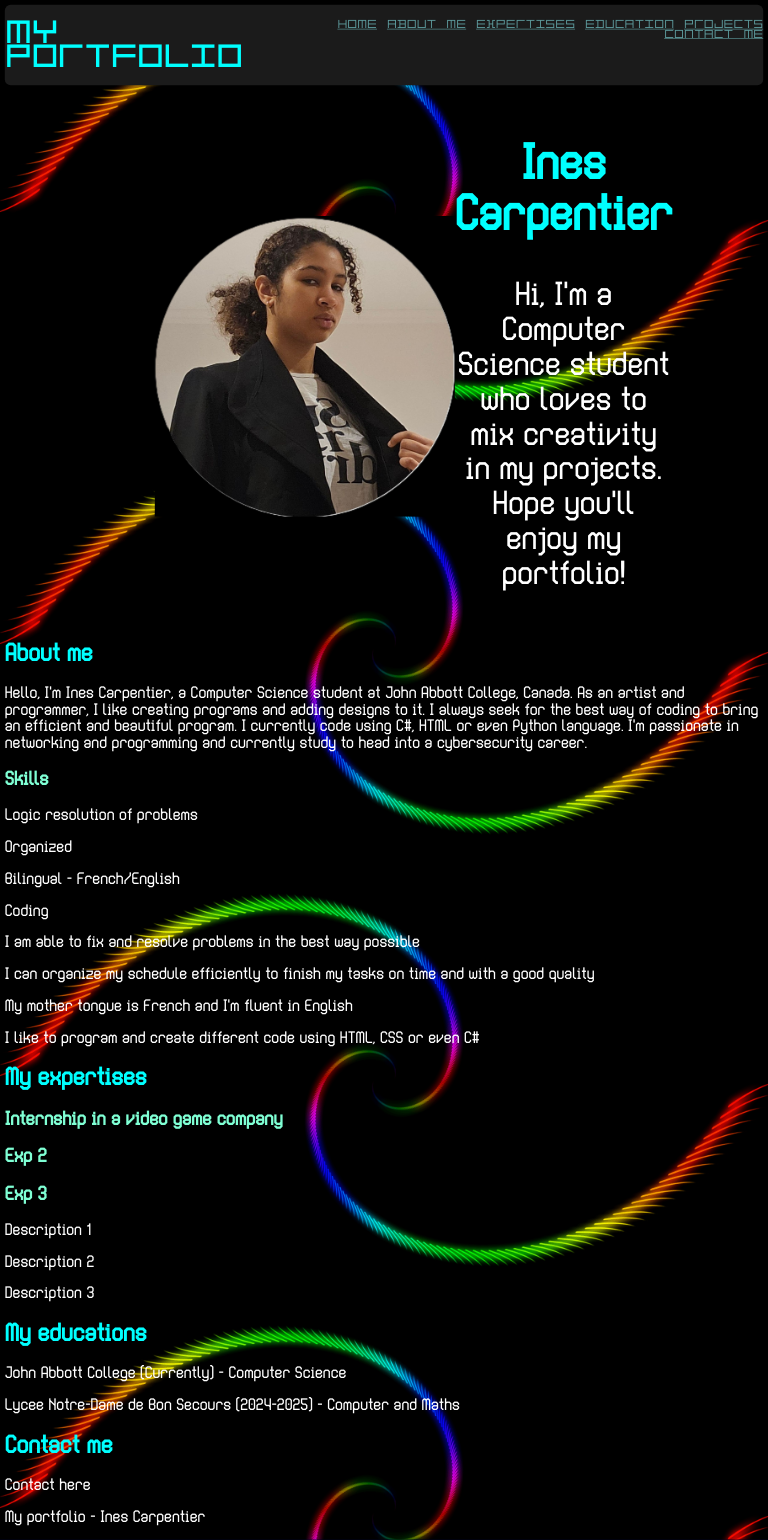
Repository: InsCarp/InsCarp
Page: index.html
The author's editor kept a copy of each file at every save. The page is drawn from the files as they stood at one save, then again after the next save.
The browser window is 1280 px wide. The pictures show the whole page, at 60% of full size.
Backgrounds fixed to the window are drawn as part of the page.

Above is the page before, as saved 2026-05-06 10:38:36.

### index.html
<!DOCTYPE html>
<html lang="en">
<head>
    <meta charset="UTF-8">
    <meta name="viewport" content="width=device-width, initial-scale=1.0">
    <link rel="icon" href="/assets/images/Logo.svg" type="image/svg" />
    <link rel="stylesheet" href="/styles/globals.css" type="text/css"/>
    <link rel="stylesheet" href="/styles/index.css" type="text/css"/>

    <title>Portfolio - Ines Carpentier</title>
</head>
<header>
    <h1 id="Title">My portfolio</h1>
    <nav>
        <a href="index.html">Home</a>
        <a href="#About">About me</a>
        <a href="#Expertises">Expertises</a>
        <a href="#Education">Education</a>
        <a href="project.html">Projects</a> <!--Put my project page here-->
        <a href="#Contact">Contact me</a>
    </nav>
</header>
<body>
    <div class="Intro">
        <article>
            <img
               src="/assets/images/me.jpg"
                    srcset="
                    /assets/images/me.jpg   400w,
                    /assets/images/me.jpg   800w,
                    /assets/images/me.jpg 1200w
                    "
                    sizes="100vw"
                    alt="Me in a circle"
                    id="Me"
            />
        </article>
        <article id="intro">
            <h2>Ines Carpentier</h2>
            <p>Hi, I'm a Computer Science student who loves to mix creativity in my projects.
                Hope you'll enjoy my portfolio!</p>
        </article>
    </div>
    <div class="About">
        <h2 id="About">About me</h2>
        <p>Hello, I'm Ines Carpentier, a Computer Science student at John Abbott College, Canada. As an artist and programmer, I like creating programs and adding designs to it. I always seek for the
             best way of coding to bring an efficient and beautiful program. I currently code using C#, HTML or even Python language. I'm passionate in networking and programming and currently study to head into a cybersecurity career.</p>
        <h3>Skills</h3>
        <article>
            <p>Logic resolution of problems</p>
            <p>Organized</p>
            <p>Bilingual - French/English</p>
            <p>Coding</p>
        </article>
        <article>
            <p>I am able to fix and resolve problems in the best way possible</p>
            <p>I can organize my schedule efficiently to finish my tasks on time and with a good quality</p>
            <p>My mother tongue is French and I'm fluent in English</p>
            <P>I like to program and create different code using HTML, CSS or even C#</P>
        </article>
    </div>
    <div class="Exp">
        <h2 id="Expertises">My expertises</h2>
        <article>
            <h3>Internship in a video game company</h3>
            <h3>Exp 2</h3>
            <h3>Exp 3</h3>
        </article>
        <article>
            <p>Description 1</p>
            <p>Description 2</p>
            <p>Description 3</p>
        </article>
    </div>
    <div class="Education">
        <h2 id="Education">My educations</h2>
        <p>John Abbott College (Currently) - Computer Science
        </p>
        <p>Lycee Notre-Dame de Bon Secours (2024-2025) - Computer and Maths</p>
    </div>
    <div class="Contact">
        <h2 id="Contact">Contact me</h2>
        <p>Contact here</p>
    </div>
</body>
<footer>
    <p>My portfolio - Ines Carpentier</p>
</footer>
</html>

### styles/globals.css
@font-face {
    font-family: Title;
    src: url(/assets/fonts/Y224-2vdae.ttf);
}
@font-face {
    font-family: Portfolio;
    src: url(/assets/fonts/Eightgon-OGn6p.ttf);
}

html{
    font-size:25px;
}

a {
    color:cadetblue;
}

a:visited{
    color:aquamarine;
}
a:hover{
    color:greenyellow;
}
a:active{
    color:yellow;
}

body{
    background-color:rgb(0, 2, 36);
    color:rgb(255, 255, 255);
    background-image: url(../assets/images/back.gif);
    background-size: cover;
    background-repeat: no-repeat;
    background-attachment: fixed;
    font-family: Portfolio;
}




h1, h2{
    color:aqua;

}

h3{
    color:aquamarine;
}


header {

    display: flex;

    flex-direction: row;
    font-family: Title;
    justify-content: space-between;
    background-color:rgb(27, 27, 27);
    border-radius: 10px;
    font-size:0.8rem;


}
nav{
    display:none;
}


@media only screen and (min-width: 800px){
    header {
    display: flex;
    flex-direction: row;
    font-family: Title;
    justify-content: space-between;

}
nav{
    text-align:right;
    display:initial;
    font-size:0.4rem;
    margin-top:8%;


}
}

@media only screen and (min-width: 1200px){
    header {
    display: flex;
    flex-direction: row;
    font-family: Title;
    justify-content: space-between;



}
nav{
    text-align:right;
    display:initial;
    font-size:0.6rem;
    margin-top:2%;



}
}

### styles/index.css
.Intro{
    margin-top: 1rem;
    display:flex;
    flex-direction: column;
    align-items: center;
}

#intro{

    text-align: center;
    font-size:2rem;

}

#Me{
    margin-top: 1rem;
    margin-left:2rem;
    width:20rem;
}


@media only screen and (min-width: 800px){
    .Intro{
    margin-top: 1rem;
    display:flex;
    flex-direction: row;
    justify-content: space-between;
}

#intro{

    text-align: center;
    font-size:2rem;
    width: 20rem;
    margin-right: 10rem;
}

#Me{
    margin-left:10rem;
}
}

After the next save:
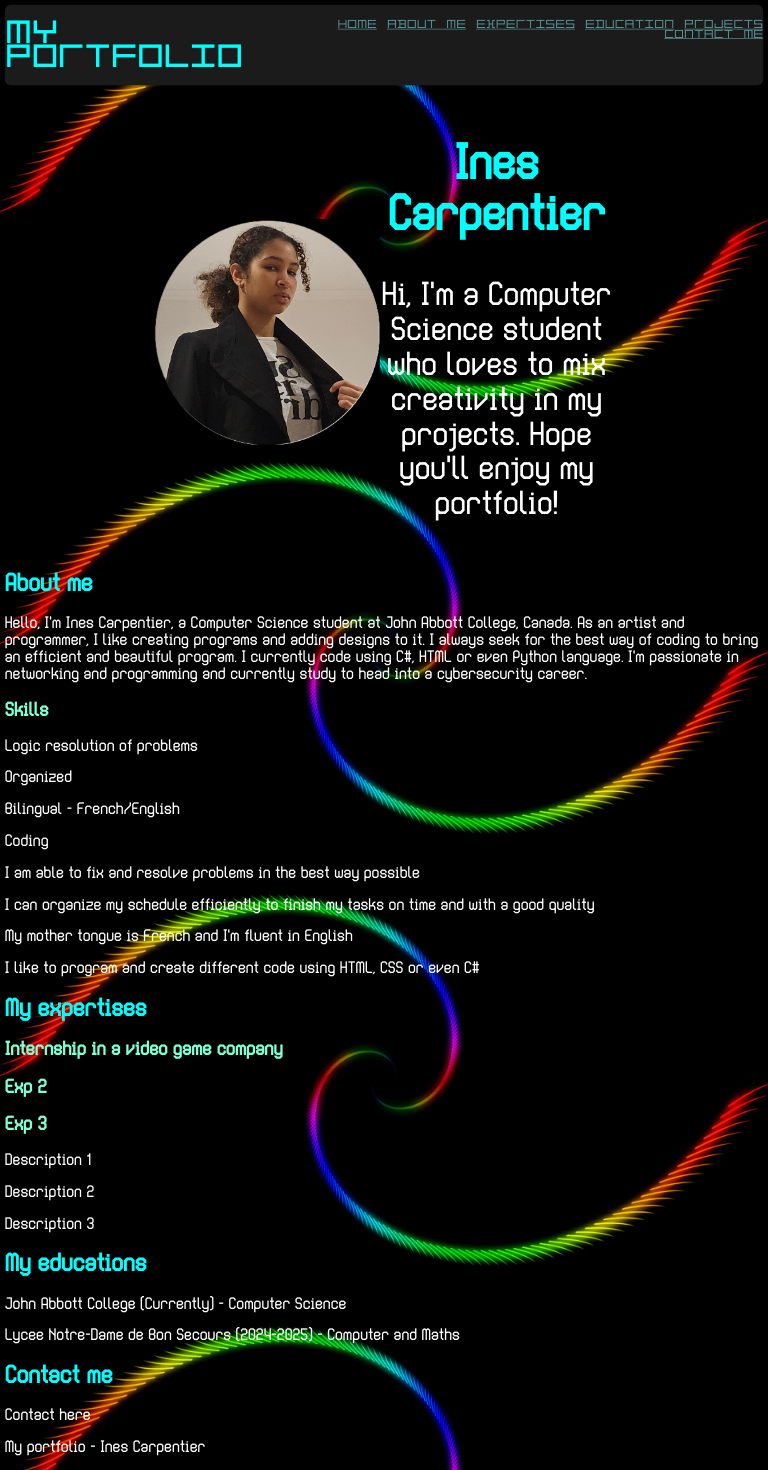
Saved 14 s later.
--- a/styles/index.css
+++ b/styles/index.css
@@ -14,8 +14,7 @@
 
 #Me{
     margin-top: 1rem;
-    margin-left:2rem;
-    width:20rem;
+    width:15rem;
 }
 
 

After the save that followed:
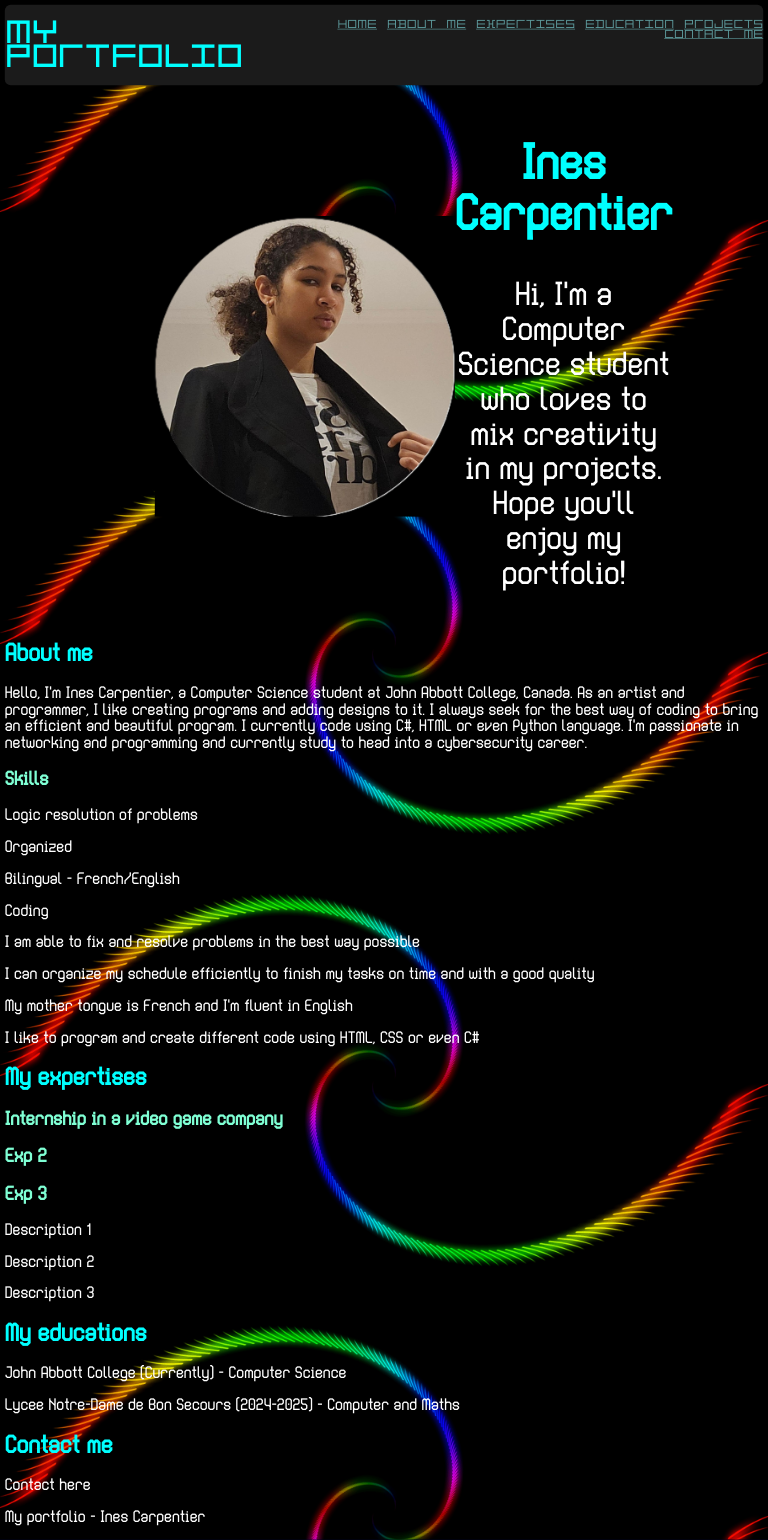
Saved 38 s later.
--- a/styles/index.css
+++ b/styles/index.css
@@ -36,5 +36,6 @@
 
 #Me{
     margin-left:10rem;
+    width:20rem;
 }
 }
